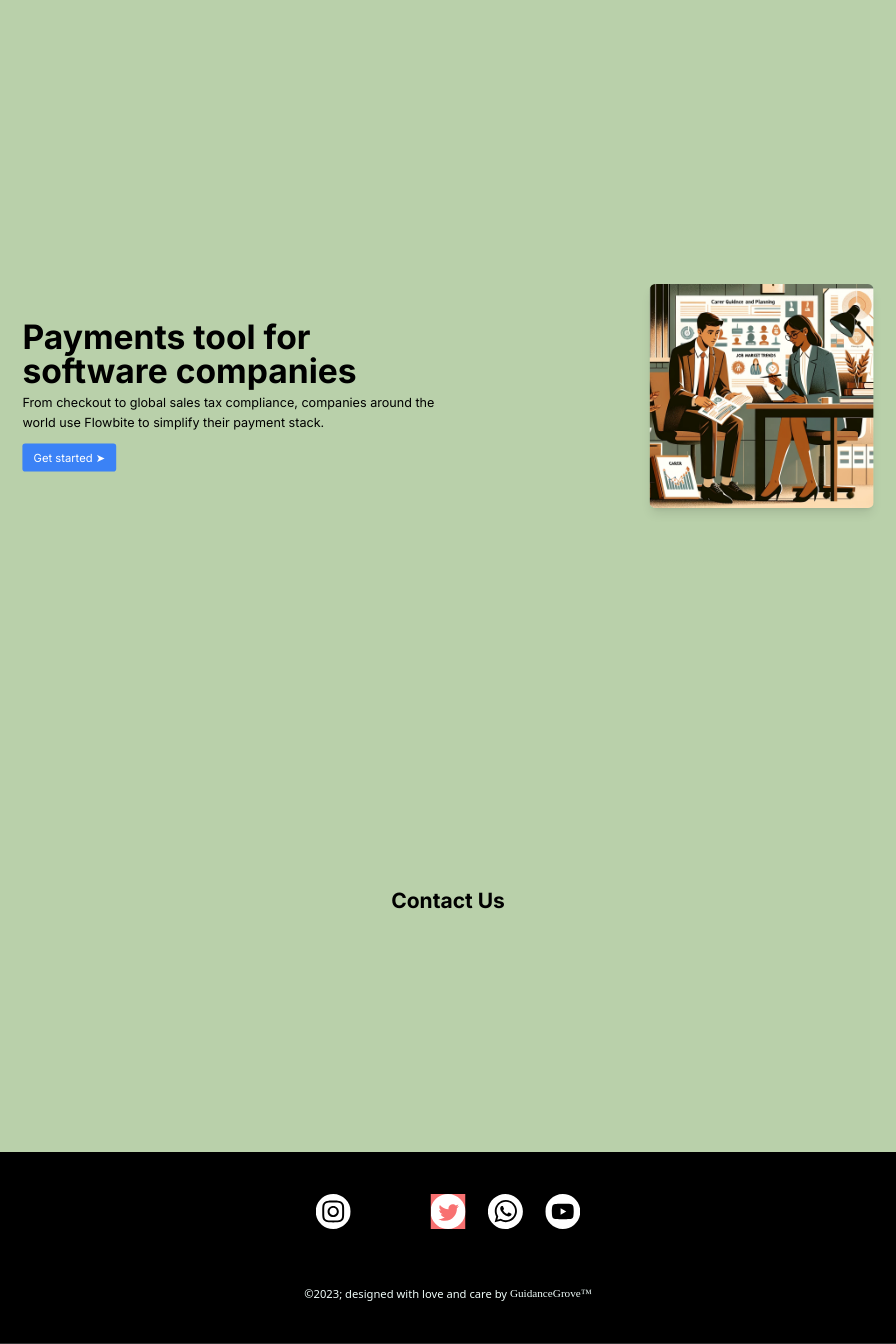
Repository: PositiveGuy/GuidanceGrove
Page: /
The author's editor kept a copy of each file at every save. The page is drawn from the files as they stood at one save, then again after the next save.
The browser window is 1280 px wide. The pictures show the part of the page from y = 1954 to 3874 px (the page is 3874 px tall), at 70% of full size.
The project was rebuilt for these pictures with package versions that can differ from the ones it lists, and the page was loaded fresh each time. The framework's server and built-in components were replaced by stand-ins that run in the browser. Also part of the build but not shown: next.config.js.

Above is the page before, as saved 2023-12-28 11:49:21.

After the next save:
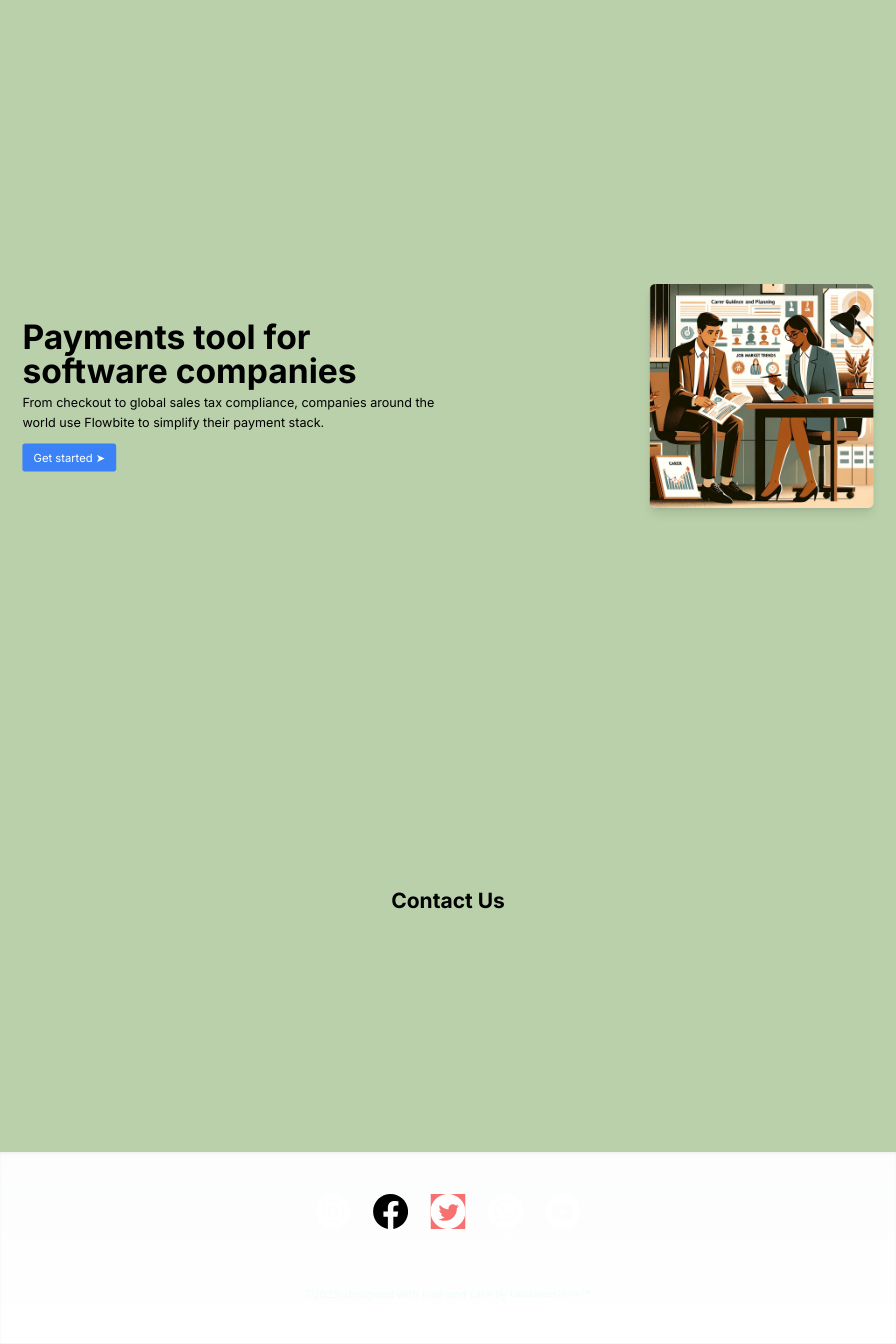
Saved 51 s later.
--- a/src/components/footer.tsx
+++ b/src/components/footer.tsx
@@ -6,7 +6,7 @@
 const Footer = () => {
   const { theme } = useContext(ThemeContext)
   return (
-    <footer className={`p-5 bg-black shadow-inner text-center  `}>
+    <footer className={`p-5  shadow-inner text-center  `}>
       <div className={`flex justify-center space-x-8 mt-10 `}>
         {/* Placeholder for social icons */}
         <Image src={"/SVGs/ig.svg"} width={50} height={50} alt="ig"></Image>

After the save that followed:
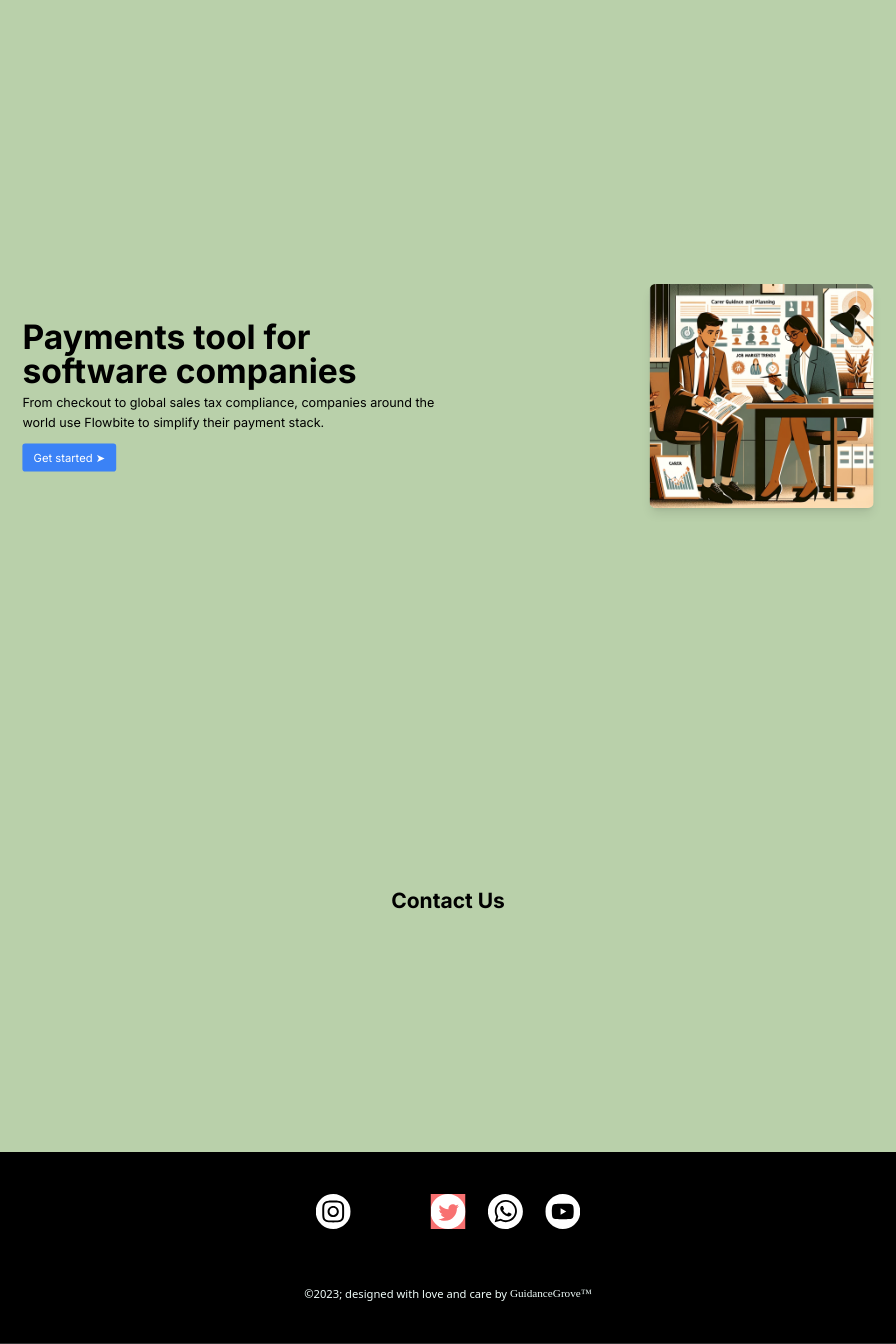
Saved 9 s later.
--- a/src/components/footer.tsx
+++ b/src/components/footer.tsx
@@ -6,7 +6,7 @@
 const Footer = () => {
   const { theme } = useContext(ThemeContext)
   return (
-    <footer className={`p-5  shadow-inner text-center  `}>
+    <footer className={`p-5 bg-black shadow-inner text-center  `}>
       <div className={`flex justify-center space-x-8 mt-10 `}>
         {/* Placeholder for social icons */}
         <Image src={"/SVGs/ig.svg"} width={50} height={50} alt="ig"></Image>
